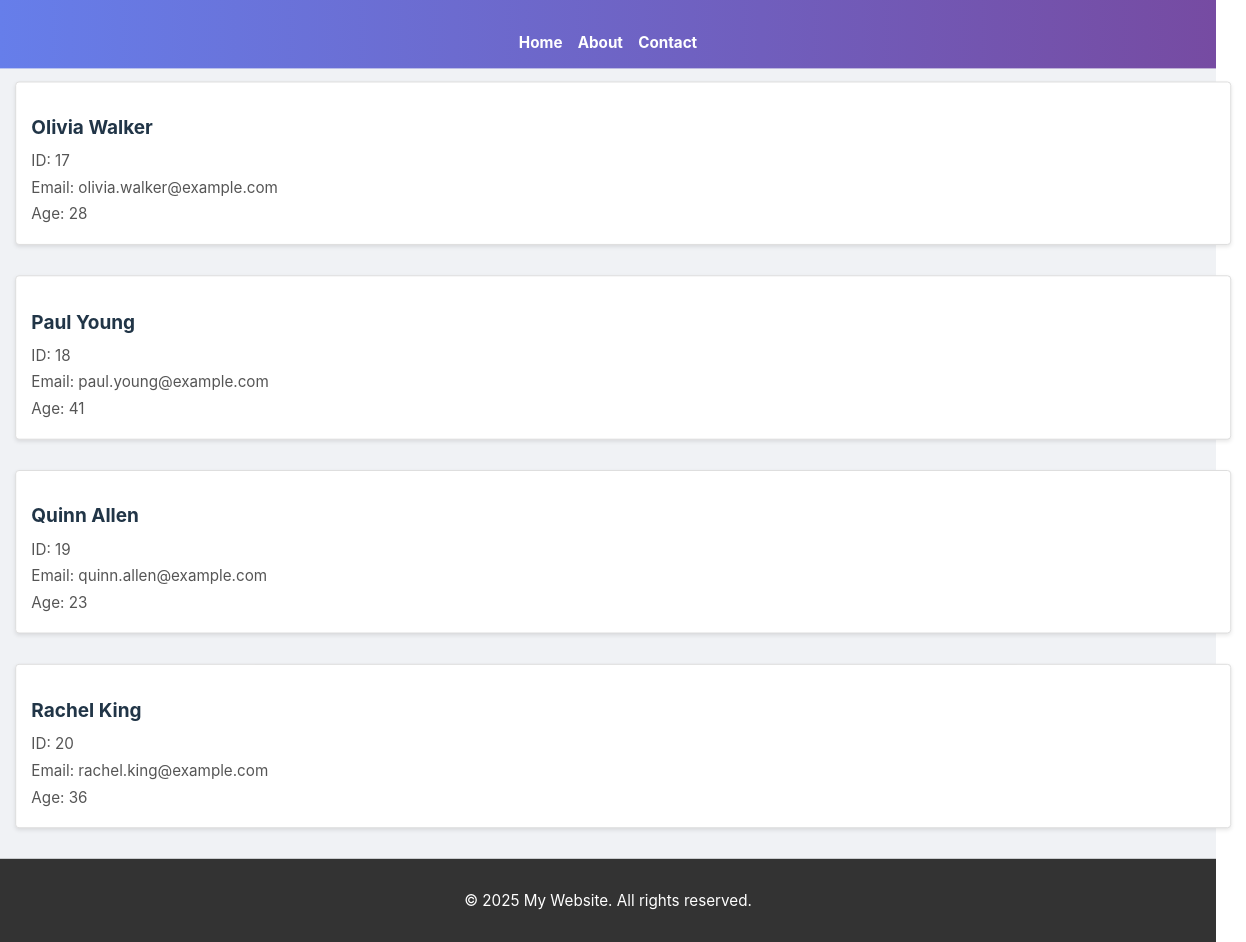
Repository: PhilLeGoff/first-react-page
Page: /
An editor plug-in stored every save of this project. The page is shown before and after the next save, followed by the edit.
The browser window is 1280 px wide. The page is 1312 px wide, so the pictures cover 1312 px, including what lies to the right of the window. The pictures show the whole page, at 95% of full size.
An inner scrolling area shows only its first screen. The project was rebuilt for these pictures with package versions that can differ from the ones it lists, and the page was loaded fresh each time. Also part of the build but not shown: vite.config.ts.

Above is the page before, as saved 2025-02-17 15:37:11.

### src/index.css
:root {
  font-family: Inter, system-ui, Avenir, Helvetica, Arial, sans-serif;
  line-height: 1.5;
  font-weight: 400;

  color-scheme: light dark;
  color: rgba(255, 255, 255, 0.87);
  background-color: #242424;

  font-synthesis: none;
  text-rendering: optimizeLegibility;
  -webkit-font-smoothing: antialiased;
  -moz-osx-font-smoothing: grayscale;
}

a {
  font-weight: 500;
  color: #646cff;
  text-decoration: inherit;
}
a:hover {
  color: #535bf2;
}

body {
  margin: 0;
  font-family: 'Inter', sans-serif;
  background-color: #f0f2f5;
}

h1 {
  font-size: 3.2em;
  line-height: 1.1;
}

button {
  border-radius: 8px;
  border: 1px solid transparent;
  padding: 0.6em 1.2em;
  font-size: 1em;
  font-weight: 500;
  font-family: inherit;
  background-color: #1a1a1a;
  cursor: pointer;
  transition: border-color 0.25s;
}
button:hover {
  border-color: #646cff;
}
button:focus,
button:focus-visible {
  outline: 4px auto -webkit-focus-ring-color;
}

@media (prefers-color-scheme: light) {
  :root {
    color: #213547;
    background-color: #ffffff;
  }
  a:hover {
    color: #747bff;
  }
  button {
    background-color: #f9f9f9;
  }
}

### src/App.tsx
// src/App.tsx
import { useState } from 'react'
import Header from './components/Header'
import Footer from './components/Footer'
import './App.css'
import './index.css'
import Hero from './components/Hero'

function App() {
  const [count, setCount] = useState(0)

  return (
    <div className="app-container">
      <Header />

      <Hero />

      <Footer />
    </div>
  )
}

export default App

### src/components/Header.tsx
import './Header.css'

const Header = () => {
  return (
    <header className="header">
      <nav className="nav">
        <a href="#home" className="nav-link">Home</a>
        <a href="#about" className="nav-link">About</a>
        <a href="#contact" className="nav-link">Contact</a>
      </nav>
    </header>
  )
}

export default Header

### src/components/Footer.tsx
import './Footer.css'

const Footer = () => {
  return (
    <footer className="footer">
      <p>&copy; {new Date().getFullYear()} My Website. All rights reserved.</p>
    </footer>
  )
}

export default Footer

### src/App.css
/* App.css */
.app-container {
  display: flex;
  flex-direction: column;
  min-height: 100vh;
}

.main-content {
  flex: 1;
  padding: 2rem;
  text-align: center;
}

.tagline {
  margin-top: 0.5rem;
  font-size: 1.2rem;
  color: #555;
}

.card {
  background-color: #ffffff;
  padding: 1.5rem;
  margin: 2rem auto;
  border-radius: 0.5rem;
  max-width: 400px;
  box-shadow: 0 2px 5px rgba(0, 0, 0, 0.1);
}

### src/components/Hero.tsx
import { useRef, useEffect } from 'react';
import "./Hero.css";
import users from '../data/users.json';
import UserCard from './UserCard';

type Props = {};

export default function Hero({}: Props) {
  const containerRef = useRef<HTMLDivElement>(null);

  // Scroll to bottom on mount (or when users change)
  useEffect(() => {
    if (containerRef.current) {
      containerRef.current.scrollTop = containerRef.current.scrollHeight;
    }
  }, []);

  return (
    <div className="hero_container" ref={containerRef}>
      {users.map((user) => (
        <UserCard key={user.id} {...user} />
      ))}
    </div>
  );
}

### src/components/Header.css
.header {
  background: linear-gradient(90deg, #667eea, #764ba2);
  padding: 1rem 2rem;
  text-align: center;
}

.nav {
  margin-top: 1rem;
}

.nav-link {
  margin: 0 0.5rem;
  color: #fff;
  text-decoration: none;
  font-weight: bold;
}

.nav-link:hover {
  text-decoration: underline;
}

### src/components/Footer.css
.footer {
  background-color: #333;
  color: #fff;
  padding: 1rem 2rem;
  text-align: center;
}

### src/components/Hero.css
/* Hero.css */
.hero_container {
  height: 800px;
  width: 100%;
  overflow-y: auto;
  padding: 1rem;
  display: flex;
  flex-direction: column;
  gap: 1rem;
}

### src/data/users.json
[
  {
    "id": 1,
    "firstname": "John",
    "lastname": "Doe",
    "email": "john.doe@example.com",
    "age": 30
  },
  {
    "id": 2,
    "firstname": "Jane",
    "lastname": "Smith",
    "email": "jane.smith@example.com",
    "age": 28
  },
  {
    "id": 3,
    "firstname": "Alice",
    "lastname": "Johnson",
    "email": "alice.johnson@example.com",
    "age": 35
  },
  {
    "id": 4,
    "firstname": "Bob",
    "lastname": "Brown",
    "email": "bob.brown@example.com",
    "age": 40
  },
  {
    "id": 5,
    "firstname": "Charlie",
    "lastname": "Davis",
    "email": "charlie.davis@example.com",
    "age": 22
  },
  {
    "id": 6,
    "firstname": "David",
    "lastname": "Evans",
    "email": "david.evans@example.com",
    "age": 32
  },
  {
    "id": 7,
    "firstname": "Emma",
    "lastname": "Wilson",
    "email": "emma.wilson@example.com",
    "age": 26
  },
  {
    "id": 8,
    "firstname": "Frank",
    "lastname": "Miller",
    "email": "frank.miller@example.com",
    "age": 45
  },
  {
    "id": 9,
    "firstname": "Grace",
    "lastname": "Lee",
    "email": "grace.lee@example.com",
    "age": 29
  },
  {
    "id": 10,
    "firstname": "Henry",
    "lastname": "Thompson",
    "email": "henry.thompson@example.com",
    "age": 38
  },
  {
    "id": 11,
    "firstname": "Irene",
    "lastname": "Garcia",
    "email": "irene.garcia@example.com",
    "age": 27
  },
  {
    "id": 12,
    "firstname": "Jack",
    "lastname": "Martinez",
    "email": "jack.martinez@example.com",
    "age": 31
  },
  {
    "id": 13,
    "firstname": "Karen",
    "lastname": "Rodriguez",
    "email": "karen.rodriguez@example.com",
    "age": 33
  },
  {
    "id": 14,
    "firstname": "Liam",
    "lastname": "Harris",
    "email": "liam.harris@example.com",
    "age": 24
  },
  {
    "id": 15,
    "firstname": "Mia",
    "lastname": "Clark",
    "email": "mia.clark@example.com",
    "age": 30
  },
  {
    "id": 16,
    "firstname": "Noah",
    "lastname": "Lewis",
    "email": "noah.lewis@example.com",
    "age": 34
  },
  {
    "id": 17,
    "firstname": "Olivia",
    "lastname": "Walker",
    "email": "olivia.walker@example.com",
    "age": 28
  },
  {
    "id": 18,
    "firstname": "Paul",
    "lastname": "Young",
    "email": "paul.young@example.com",
    "age": 41
  },
  {
    "id": 19,
    "firstname": "Quinn",
    "lastname": "Allen",
    "email": "quinn.allen@example.com",
    "age": 23
  },
  {
    "id": 20,
    "firstname": "Rachel",
    "lastname": "King",
    "email": "rachel.king@example.com",
    "age": 36
  }
]

### src/components/UserCard.tsx
import "./UserCard.css";

type UserCardProps = {
  id: number;
  firstname: string;
  lastname: string;
  email: string;
  age: number;
};

export default function UserCard({ id, firstname, lastname, email, age }: UserCardProps) {
  return (
    <div className="user-card">
      <h2 className="user-card__name">
        {firstname} {lastname}
      </h2>
      <p className="user-card__detail">ID: {id}</p>
      <p className="user-card__detail">Email: {email}</p>
      <p className="user-card__detail">Age: {age}</p>
    </div>
  );
}

### src/components/UserCard.css
/* src/components/UserCard.css */

.user-card {
  padding: 1rem;
  border: 1px solid #ddd;
  border-radius: 4px;
  box-shadow: 0 2px 5px rgba(0, 0, 0, 0.1);
  background-color: #fff;
  margin-bottom: 1rem;
  transition: transform 0.2s ease;
  height: 150px
}

.user-card:hover {
  transform: scale(1.02);
}

.user-card__name {
  font-size: 1.25rem;
  font-weight: bold;
  margin-bottom: 0.5rem;
}

.user-card__detail {
  margin: 0.25rem 0;
  font-size: 1rem;
  color: #555;
}

Loaded but not shown: index.html (common file); src/main.tsx (common file)

After the next save:
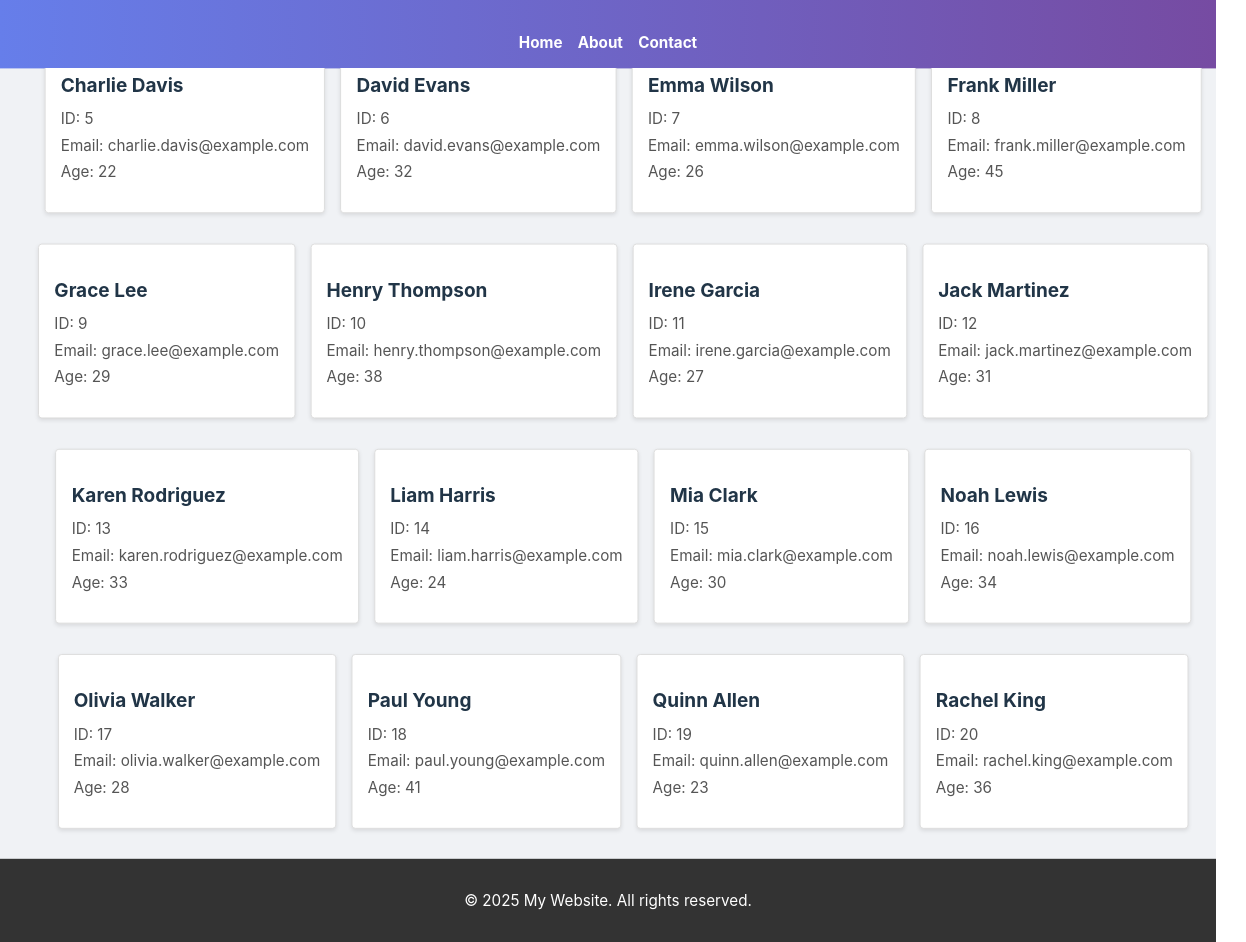
Saved 89 s later.
--- a/src/components/Hero.css
+++ b/src/components/Hero.css
@@ -2,9 +2,10 @@
 .hero_container {
   height: 800px;
   width: 100%;
-  overflow-y: auto;
+  overflow-y: auto; /* Vertical scrollbar if content exceeds container height */
   padding: 1rem;
   display: flex;
-  flex-direction: column;
+  flex-wrap: wrap; /* Arrange cards side by side and wrap if needed */
   gap: 1rem;
+  justify-content: center; /* Optional: center cards horizontally */
 }
